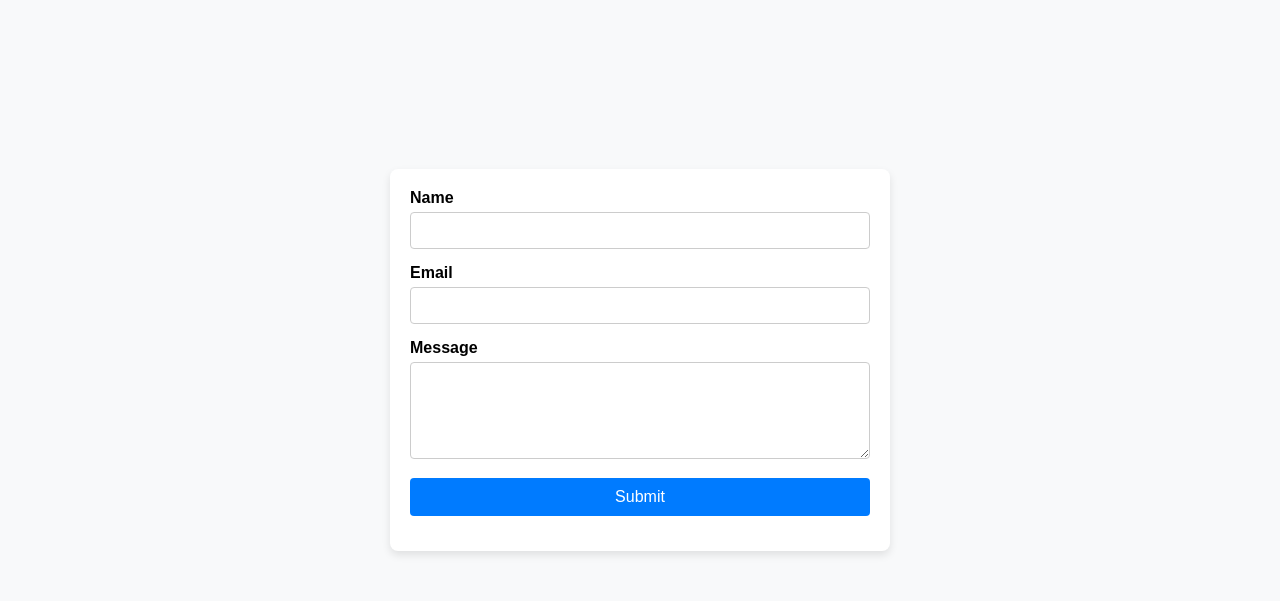
Repository: Reshu70/dental
Page: css/form.html
These files come from the project's save history. The page is drawn as it stood at one moment and after the next save; the edit follows.
The browser window is 1280 px wide. The pictures show the whole page.

Above is the page before, as saved 2024-06-06 11:41:45.

### css/form.html
<!DOCTYPE html>
<html lang="en">
<head>
    <meta charset="UTF-8">
    <meta name="viewport" content="width=device-width, initial-scale=1.0">
    <title>Responsive Form</title>
    <style>
        body {
            font-family: Arial, sans-serif;
            background-color: #f8f9fa;
            display: flex;
            justify-content: center;
            align-items: center;
            height: 100vh;
            margin: 0;
        }

        .form-container {
            background: #fff;
            padding: 20px;
            border-radius: 8px;
            box-shadow: 0 4px 8px rgba(0, 0, 0, 0.1);
            max-width: 500px;
            width: 100%;
            box-sizing: border-box;
        }

        .form-group {
            margin-bottom: 15px;
        }

        .form-group label {
            display: block;
            margin-bottom: 5px;
            font-weight: bold;
        }

        .form-group input,
        .form-group textarea {
            width: 100%;
            padding: 10px;
            border: 1px solid #ccc;
            border-radius: 4px;
            box-sizing: border-box;
        }

        .form-group textarea {
            resize: vertical;
        }

        .form-group button {
            width: 100%;
            padding: 10px;
            background-color: #007bff;
            border: none;
            color: #fff;
            font-size: 16px;
            border-radius: 4px;
            cursor: pointer;
        }

        .form-group button:hover {
            background-color: #0056b3;
        }
    </style>
</head>
<body>
    <div class="form-container">
        <form>
            <div class="form-group">
                <label for="name">Name</label>
                <input type="text" id="name" name="name" required>
            </div>
            <div class="form-group">
                <label for="email">Email</label>
                <input type="email" id="email" name="email" required>
            </div>
            <div class="form-group">
                <label for="message">Message</label>
                <textarea id="message" name="message" rows="5" required></textarea>
            </div>
            <div class="form-group">
                <button type="submit">Submit</button>
            </div>
        </form>
    </div>
</body>
</html>

After the next save:
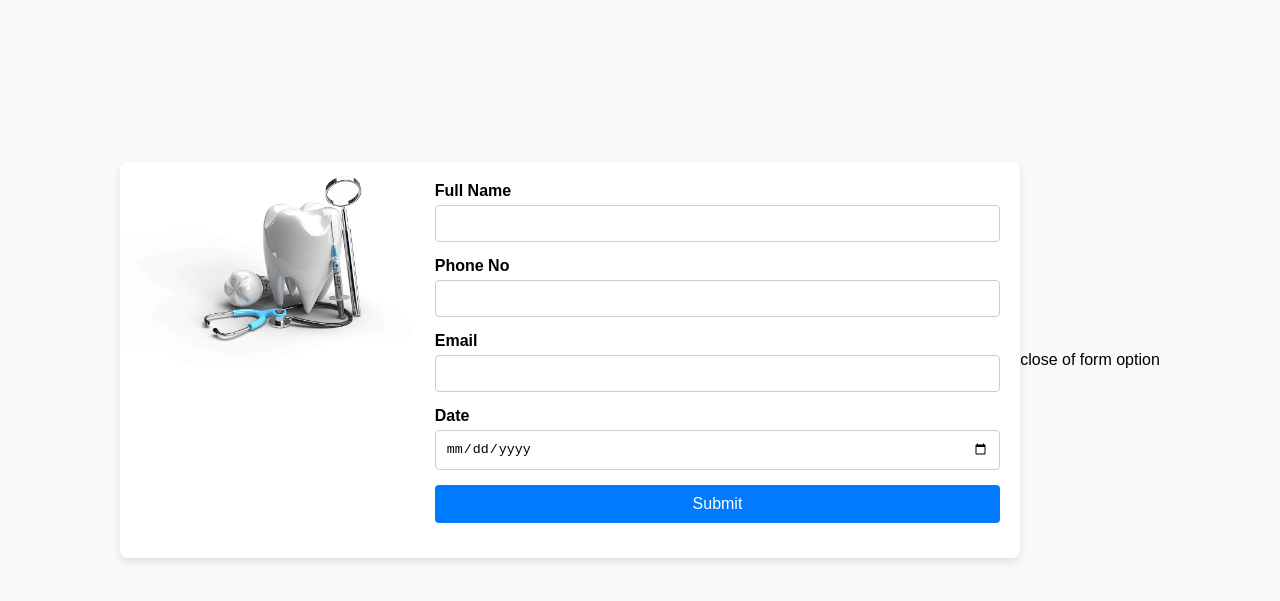
Saved 9 s later.
--- a/css/form.html
+++ b/css/form.html
@@ -3,7 +3,7 @@
 <head>
     <meta charset="UTF-8">
     <meta name="viewport" content="width=device-width, initial-scale=1.0">
-    <title>Responsive Form</title>
+    <title>Responsive Form with Image</title>
     <style>
         body {
             font-family: Arial, sans-serif;
@@ -15,14 +15,28 @@
             margin: 0;
         }
 
-        .form-container {
+        .container {
+            display: flex;
+            flex-wrap: wrap;
             background: #fff;
-            padding: 20px;
             border-radius: 8px;
             box-shadow: 0 4px 8px rgba(0, 0, 0, 0.1);
-            max-width: 500px;
+            max-width: 900px;
             width: 100%;
             box-sizing: border-box;
+        }
+
+        .container img {
+            flex: 1;
+            max-width: 100%;
+            border-top-left-radius: 8px;
+            border-bottom-left-radius: 8px;
+            object-fit: cover;
+        }
+
+        .form-container {
+            flex: 2;
+            padding: 20px;
         }
 
         .form-group {
@@ -62,27 +76,52 @@
         .form-group button:hover {
             background-color: #0056b3;
         }
+
+        @media (max-width: 768px) {
+            .container {
+                flex-direction: column;
+            }
+
+            .container img {
+                border-top-right-radius: 8px;
+                border-bottom-left-radius: 0;
+            }
+
+            .form-container {
+                padding: 15px;
+            }
+        }
     </style>
 </head>
 <body>
-    <div class="form-container">
-        <form>
-            <div class="form-group">
-                <label for="name">Name</label>
-                <input type="text" id="name" name="name" required>
-            </div>
-            <div class="form-group">
-                <label for="email">Email</label>
-                <input type="email" id="email" name="email" required>
-            </div>
-            <div class="form-group">
-                <label for="message">Message</label>
-                <textarea id="message" name="message" rows="5" required></textarea>
-            </div>
-            <div class="form-group">
-                <button type="submit">Submit</button>
-            </div>
-        </form>
+    <div class="container">
+        <img src="/images/About-us.jpg " alt="About Us Image" style="height: 200px;">
+        <div class="form-container">
+            <form>
+                <div class="form-group">
+                    <label for="name">Full Name</label>
+                    <input type="text" id="name" name="name" required>
+                </div>
+                <div class="form-group">
+                    <label for="name">Phone No</label>
+                    <input type="text" id="Phone No" name="Phone No" required>
+                </div>
+                <div class="form-group">
+                    <label for="email">Email</label>
+                    <input type="email" id="email" name="email" required>
+                </div>
+                <div class="form-group">
+                    <label for="date">Date</label>
+                    <input type="date" id="date" name="date" required>
+                </div>
+
+
+                <div class="form-group">
+                    <button type="submit">Submit</button>
+                </div>
+            </form>
+        </div>
     </div>
 </body>
 </html>
+close of form option
